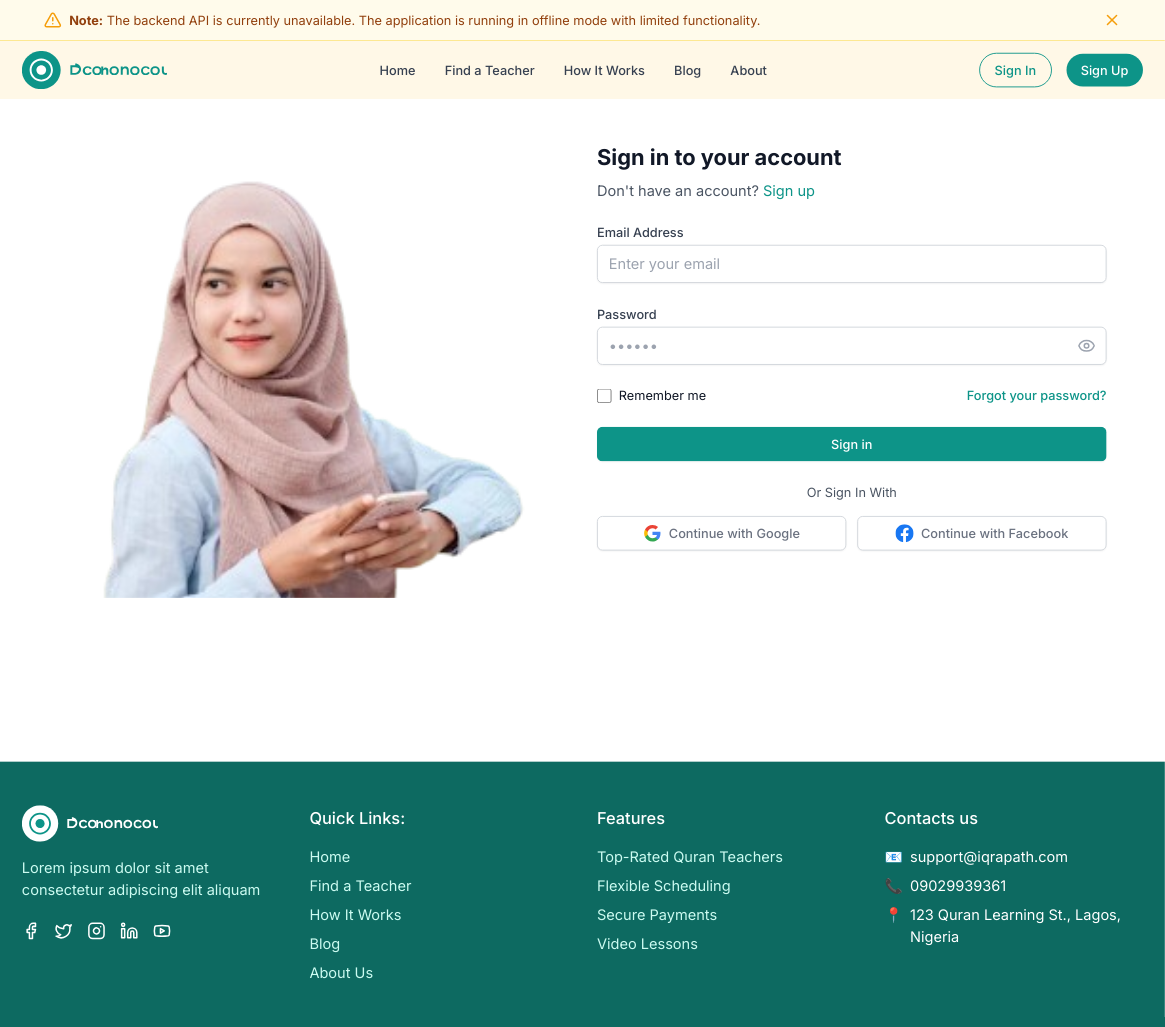
Repository: tafolabi009/originalq
Page: /auth/login
The author's editor kept a copy of each file at every save. The page is drawn from the files as they stood at one save, then again after a run of saves.
The browser window is 1280 px wide. The pictures show the whole page, at 91% of full size.
The page's requests for data from a server got no answer. The project was rebuilt for these pictures with package versions that can differ from the ones it lists, and the page was loaded fresh each time. The framework's server and built-in components were replaced by stand-ins that run in the browser. No one was signed in, and anything a server would have sent is missing. Also part of the build but not shown: next.config.mjs.

Above is the page before, as saved 2025-03-28 20:44:40.

### app/layout.tsx
import type React from "react"
import type { Metadata } from "next"
import { Inter } from "next/font/google"
import "./globals.css"
import { AuthProvider } from "@/contexts/AuthContext"
import { NetworkStatusBanner } from "@/components/ui/network-status-banner"

const inter = Inter({ subsets: ["latin"] })

export const metadata: Metadata = {
  title: "IqraPath - Connect with Expert Quran Teachers",
  description: "Find expert Quran tutors for kids and adults. Learn at your own pace, anytime, anywhere.",
    generator: 'v0.dev'
}

export default function RootLayout({
  children,
}: Readonly<{
  children: React.ReactNode
}>) {
  return (
    <html lang="en">
      <body className={inter.className}>
        <AuthProvider>
          <NetworkStatusBanner />
          {children}
        </AuthProvider>
      </body>
    </html>
  )
}



import './globals.css'

### app/auth/login/page.tsx
"use client"

import type React from "react"

import { useState } from "react"
import { useRouter } from "next/navigation"
import Link from "next/link"
import Image from "next/image"
import { useAuth } from "@/contexts/AuthContext"
import { Header } from "@/components/layout/header"
import { Footer } from "@/components/layout/footer"
import { Eye, EyeOff, Loader2 } from "lucide-react"

export default function LoginPage() {
  const router = useRouter()
  const { login } = useAuth()
  const [isLoading, setIsLoading] = useState(false)
  const [error, setError] = useState("")
  const [showPassword, setShowPassword] = useState(false)
  const [successMessage, setSuccessMessage] = useState("")
  const [formData, setFormData] = useState({
    email: "",
    password: "",
    rememberMe: false,
  })

  const handleChange = (e: React.ChangeEvent<HTMLInputElement>) => {
    const { name, value, type, checked } = e.target
    setFormData((prev) => ({
      ...prev,
      [name]: type === "checkbox" ? checked : value,
    }))
  }

  const handleSubmit = async (e: React.FormEvent) => {
    e.preventDefault()
    setError("")

    if (!formData.email || !formData.password) {
      setError("Email and password are required")
      return
    }

    setIsLoading(true)

    try {
      const { success, message } = await login(formData.email, formData.password)

      if (success) {
        setSuccessMessage(message)
        setTimeout(() => {
          router.push("/dashboard")
        }, 1500)
      } else {
        setError(message)
      }
    } catch (err) {
      console.error("Login error:", err)
      setError("An unexpected error occurred. The API may be unavailable. Please try again later.")
    } finally {
      setIsLoading(false)
    }
  }

  return (
    <div className="min-h-screen flex flex-col">
      <Header />
      <main className="flex-1 py-12 px-4 sm:px-6 lg:px-8 bg-white">
        <div className="max-w-6xl mx-auto">
          <div className="grid grid-cols-1 md:grid-cols-2 gap-8">
            {/* Left side - Image and text */}
            <div className="bg-[transparent] rounded-lg overflow-hidden">
              <div className="relative h-full">
                <div className="h-full flex flex-col">
                  <div className="relative flex-1 min-h-[500px]">
                    <Image
                      src="/images/female-teacher.png"
                      alt="Female Teacher"
                      fill
                      className="object-cover"
                    />
                  </div>
                  <div className="p-6 bg-[transparant] text-white">
                    <h3 className="text-xl font-bold mb-2">Secure Payments & Ratings</h3>
                    <p>Your payment is safe and only released after lessons are completed.</p>
                  </div>
                </div>
              </div>
            </div>

            {/* Right side - Login form */}
            <div>
              <h2 className="text-2xl font-bold text-gray-900 mb-2">Sign in to your account</h2>
              <p className="text-gray-600 mb-6">
                Don't have an account?{" "}
                <Link href="/auth/register" className="text-[#0D9488]">
                  Sign up
                </Link>
              </p>

              {error && (
                <div className="bg-red-50 border-l-4 border-red-500 p-4 mb-6">
                  <div className="flex">
                    <div className="ml-3">
                      <p className="text-sm text-red-700">{error}</p>
                    </div>
                  </div>
                </div>
              )}

              {successMessage && (
                <div className="bg-green-50 border-l-4 border-green-500 p-4 mb-6">
                  <div className="flex">
                    <div className="ml-3">
                      <p className="text-sm text-green-700">{successMessage}</p>
                    </div>
                  </div>
                </div>
              )}

              <form onSubmit={handleSubmit} className="space-y-6">
                <div>
                  <label htmlFor="email" className="block text-sm font-medium text-gray-700 mb-1">
                    Email Address
                  </label>
                  <input
                    id="email"
                    name="email"
                    type="email"
                    autoComplete="email"
                    required
                    className="block w-full px-3 py-2 border border-gray-300 rounded-md shadow-sm focus:outline-none focus:ring-teal-500 focus:border-teal-500"
                    placeholder="Enter your email"
                    value={formData.email}
                    onChange={handleChange}
                    disabled={isLoading}
                  />
                </div>

                <div>
                  <label htmlFor="password" className="block text-sm font-medium text-gray-700 mb-1">
                    Password
                  </label>
                  <div className="relative">
                    <input
                      id="password"
                      name="password"
                      type={showPassword ? "text" : "password"}
                      autoComplete="current-password"
                      required
                      className="block w-full px-3 py-2 border border-gray-300 rounded-md shadow-sm focus:outline-none focus:ring-teal-500 focus:border-teal-500"
                      placeholder="••••••"
                      value={formData.password}
                      onChange={handleChange}
                      disabled={isLoading}
                    />
                    <button
                      type="button"
                      className="absolute inset-y-0 right-0 pr-3 flex items-center"
                      onClick={() => setShowPassword(!showPassword)}
                    >
                      {showPassword ? (
                        <EyeOff className="h-5 w-5 text-gray-400" />
                      ) : (
                        <Eye className="h-5 w-5 text-gray-400" />
                      )}
                    </button>
                  </div>
                </div>

                <div className="flex items-center justify-between">
                  <div className="flex items-center">
                    <input
                      id="rememberMe"
                      name="rememberMe"
                      type="checkbox"
                      className="h-4 w-4 text-teal-600 focus:ring-teal-500 border-gray-300 rounded"
                      checked={formData.rememberMe}
                      onChange={handleChange}
                    />
                    <label htmlFor="rememberMe" className="ml-2 block text-sm text-gray-900">
                      Remember me
                    </label>
                  </div>

                  <div className="text-sm">
                    <Link href="/auth/forgot-password" className="font-medium text-[#0D9488]">
                      Forgot your password?
                    </Link>
                  </div>
                </div>

                <button
                  type="submit"
                  disabled={isLoading}
                  className="w-full flex justify-center py-2 px-4 border border-transparent rounded-md shadow-sm text-sm font-medium text-white bg-[#0D9488] hover:bg-teal-700 focus:outline-none focus:ring-2 focus:ring-offset-2 focus:ring-teal-500 disabled:opacity-50"
                >
                  {isLoading ? (
                    <>
                      <Loader2 className="animate-spin -ml-1 mr-2 h-4 w-4" />
                      Signing in...
                    </>
                  ) : (
                    "Sign in"
                  )}
                </button>
              </form>

              <div className="mt-6 text-center">
                <p className="text-sm text-gray-600">Or Sign In With</p>
                <div className="mt-4 grid grid-cols-2 gap-3">
                  <button
                    type="button"
                    className="w-full inline-flex justify-center py-2 px-4 border border-gray-300 rounded-md shadow-sm bg-white text-sm font-medium text-gray-500 hover:bg-gray-50"
                  >
                    <svg className="w-5 h-5 mr-2" viewBox="0 0 24 24" fill="none">
                      <path
                        d="M22.56 12.25c0-.78-.07-1.53-.2-2.25H12v4.26h5.92c-.26 1.37-1.04 2.53-2.21 3.31v2.77h3.57c2.08-1.92 3.28-4.74 3.28-8.09z"
                        fill="#4285F4"
                      />
                      <path
                        d="M12 23c2.97 0 5.46-.98 7.28-2.66l-3.57-2.77c-.98.66-2.23 1.06-3.71 1.06-2.86 0-5.29-1.93-6.16-4.53H2.18v2.84C3.99 20.53 7.7 23 12 23z"
                        fill="#34A853"
                      />
                      <path
                        d="M5.84 14.09c-.22-.66-.35-1.36-.35-2.09s.13-1.43.35-2.09V7.07H2.18C1.43 8.55 1 10.22 1 12s.43 3.45 1.18 4.93l2.85-2.22.81-.62z"
                        fill="#FBBC05"
                      />
                      <path
                        d="M12 5.38c1.62 0 3.06.56 4.21 1.64l3.15-3.15C17.45 2.09 14.97 1 12 1 7.7 1 3.99 3.47 2.18 7.07l3.66 2.84c.87-2.6 3.3-4.53 6.16-4.53z"
                        fill="#EA4335"
                      />
                    </svg>
                    Continue with Google
                  </button>
                  <button
                    type="button"
                    className="w-full inline-flex justify-center py-2 px-4 border border-gray-300 rounded-md shadow-sm bg-white text-sm font-medium text-gray-500 hover:bg-gray-50"
                  >
                    <svg className="w-5 h-5 mr-2" fill="#1877F2" viewBox="0 0 24 24">
                      <path d="M24 12.073c0-6.627-5.373-12-12-12s-12 5.373-12 12c0 5.99 4.388 10.954 10.125 11.854v-8.385H7.078v-3.47h3.047V9.43c0-3.007 1.792-4.669 4.533-4.669 1.312 0 2.686.235 2.686.235v2.953H15.83c-1.491 0-1.956.925-1.956 1.874v2.25h3.328l-.532 3.47h-2.796v8.385C19.612 23.027 24 18.062 24 12.073z" />
                    </svg>
                    Continue with Facebook
                  </button>
                </div>
              </div>
            </div>
          </div>
        </div>
      </main>
      <Footer />
    </div>
  )
}

### components/ui/network-status-banner.tsx
"use client"

import { useState, useEffect } from "react"
import { AlertTriangle, X } from "lucide-react"

export function NetworkStatusBanner() {
  const [isApiAvailable, setIsApiAvailable] = useState(true)
  const [isVisible, setIsVisible] = useState(false)
  const apiUrl = process.env.NEXT_PUBLIC_API_URL || "http://localhost/api"

  useEffect(() => {
    const checkApiStatus = async () => {
      try {
        const response = await fetch(`${apiUrl}/ping.php`, {
          method: "GET",
          headers: {
            "Content-Type": "application/json",
          },
          signal: AbortSignal.timeout(3000),
        })

        const data = await response.json()
        setIsApiAvailable(response.ok && data.status === "success")
        setIsVisible(!response.ok || data.status !== "success")
      } catch (error) {
        console.warn("API check failed:", error)
        setIsApiAvailable(false)
        setIsVisible(true)
      }
    }

    checkApiStatus()

    // Check API status periodically
    const intervalId = setInterval(checkApiStatus, 60000) // Check every minute

    return () => clearInterval(intervalId)
  }, [apiUrl])

  if (!isVisible) return null

  return (
    <div className="bg-amber-50 border-b border-amber-200 px-4 py-3">
      <div className="container mx-auto flex items-center justify-between">
        <div className="flex items-center">
          <AlertTriangle className="h-5 w-5 text-amber-500 mr-2" />
          <p className="text-sm text-amber-800">
            <strong>Note:</strong> The backend API is currently unavailable. The application is running in offline mode
            with limited functionality.
          </p>
        </div>
        <button
          onClick={() => setIsVisible(false)}
          className="text-amber-500 hover:text-amber-700"
          aria-label="Dismiss"
        >
          <X className="h-5 w-5" />
        </button>
      </div>
    </div>
  )
}

### components/layout/footer.tsx
import Link from "next/link"
import Image from "next/image"
import { Facebook, Instagram, Linkedin, Twitter, Youtube } from "lucide-react"

export function Footer() {
  return (
    <footer className="bg-[#0D6A61] text-white py-12 px-6 mt-auto">
      <div className="max-w-7xl mx-auto grid grid-cols-1 md:grid-cols-4 gap-8">
        <div>
          <Image src="/logo-white.svg" alt="IqraPath Logo" width={150} height={40} className="h-10 w-auto mb-4" />
          <p className="text-teal-100 mb-6">Lorem ipsum dolor sit amet consectetur adipiscing elit aliquam</p>
          <div className="flex gap-4">
            <a href="#" className="text-white hover:text-teal-200 transition-colors" aria-label="Facebook">
              <Facebook size={20} />
            </a>
            <a href="#" className="text-white hover:text-teal-200 transition-colors" aria-label="Twitter">
              <Twitter size={20} />
            </a>
            <a href="#" className="text-white hover:text-teal-200 transition-colors" aria-label="Instagram">
              <Instagram size={20} />
            </a>
            <a href="#" className="text-white hover:text-teal-200 transition-colors" aria-label="LinkedIn">
              <Linkedin size={20} />
            </a>
            <a href="#" className="text-white hover:text-teal-200 transition-colors" aria-label="YouTube">
              <Youtube size={20} />
            </a>
          </div>
        </div>

        <div>
          <h3 className="text-lg font-medium mb-4">Quick Links:</h3>
          <ul className="space-y-2">
            <li>
              <Link href="/" className="text-teal-100 hover:text-white transition-colors">
                Home
              </Link>
            </li>
            <li>
              <Link href="/find-teacher" className="text-teal-100 hover:text-white transition-colors">
                Find a Teacher
              </Link>
            </li>
            <li>
              <Link href="/how-it-works" className="text-teal-100 hover:text-white transition-colors">
                How It Works
              </Link>
            </li>
            <li>
              <Link href="/blog" className="text-teal-100 hover:text-white transition-colors">
                Blog
              </Link>
            </li>
            <li>
              <Link href="/about" className="text-teal-100 hover:text-white transition-colors">
                About Us
              </Link>
            </li>
          </ul>
        </div>

        <div>
          <h3 className="text-lg font-medium mb-4">Features</h3>
          <ul className="space-y-2">
            <li>
              <Link href="#" className="text-teal-100 hover:text-white transition-colors">
                Top-Rated Quran Teachers
              </Link>
            </li>
            <li>
              <Link href="#" className="text-teal-100 hover:text-white transition-colors">
                Flexible Scheduling
              </Link>
            </li>
            <li>
              <Link href="#" className="text-teal-100 hover:text-white transition-colors">
                Secure Payments
              </Link>
            </li>
            <li>
              <Link href="#" className="text-teal-100 hover:text-white transition-colors">
                Video Lessons
              </Link>
            </li>
          </ul>
        </div>

        <div>
          <h3 className="text-lg font-medium mb-4">Contacts us</h3>
          <ul className="space-y-2">
            <li className="flex items-start gap-2">
              <span aria-hidden="true">📧</span>
              <span>support@iqrapath.com</span>
            </li>
            <li className="flex items-start gap-2">
              <span aria-hidden="true">📞</span>
              <span>09029939361</span>
            </li>
            <li className="flex items-start gap-2">
              <span aria-hidden="true">📍</span>
              <span>123 Quran Learning St., Lagos, Nigeria</span>
            </li>
          </ul>
        </div>
      </div>
    </footer>
  )
}

### tailwind.config.ts
import type { Config } from "tailwindcss"

const config: Config = {
  content: [
    "./pages/**/*.{js,ts,jsx,tsx,mdx}",
    "./components/**/*.{js,ts,jsx,tsx,mdx}",
    "./app/**/*.{js,ts,jsx,tsx,mdx}",
    "*.{js,ts,jsx,tsx,mdx}",
  ],
  theme: {
    container: {
      center: true,
      padding: "2rem",
      screens: {
        "2xl": "1400px",
      },
    },
    extend: {
      colors: {
        border: "hsl(var(--border))",
        input: "hsl(var(--input))",
        ring: "hsl(var(--ring))",
        background: "hsl(var(--background))",
        foreground: "hsl(var(--foreground))",
        primary: {
          DEFAULT: "hsl(var(--primary))",
          foreground: "hsl(var(--primary-foreground))",
        },
        secondary: {
          DEFAULT: "hsl(var(--secondary))",
          foreground: "hsl(var(--secondary-foreground))",
        },
        destructive: {
          DEFAULT: "hsl(var(--destructive))",
          foreground: "hsl(var(--destructive-foreground))",
        },
        muted: {
          DEFAULT: "hsl(var(--muted))",
          foreground: "hsl(var(--muted-foreground))",
        },
        accent: {
          DEFAULT: "hsl(var(--accent))",
          foreground: "hsl(var(--accent-foreground))",
        },
        popover: {
          DEFAULT: "hsl(var(--popover))",
          foreground: "hsl(var(--popover-foreground))",
        },
        card: {
          DEFAULT: "hsl(var(--card))",
          foreground: "hsl(var(--card-foreground))",
        },
      },
      borderRadius: {
        lg: "var(--radius)",
        md: "calc(var(--radius) - 2px)",
        sm: "calc(var(--radius) - 4px)",
      },
      keyframes: {
        "accordion-down": {
          from: { height: "0" },
          to: { height: "var(--radix-accordion-content-height)" },
        },
        "accordion-up": {
          from: { height: "var(--radix-accordion-content-height)" },
          to: { height: "0" },
        },
      },
      animation: {
        "accordion-down": "accordion-down 0.2s ease-out",
        "accordion-up": "accordion-up 0.2s ease-out",
      },
    },
  },
  plugins: [require("tailwindcss-animate")],
}

export default config

Loaded but not shown: lib/utils.ts (common file); contexts/AuthContext.tsx (326 lines, source omitted); components/layout/header.tsx (188 lines, source omitted); app/globals.css (263 lines, source omitted)

After the next 7 saves:
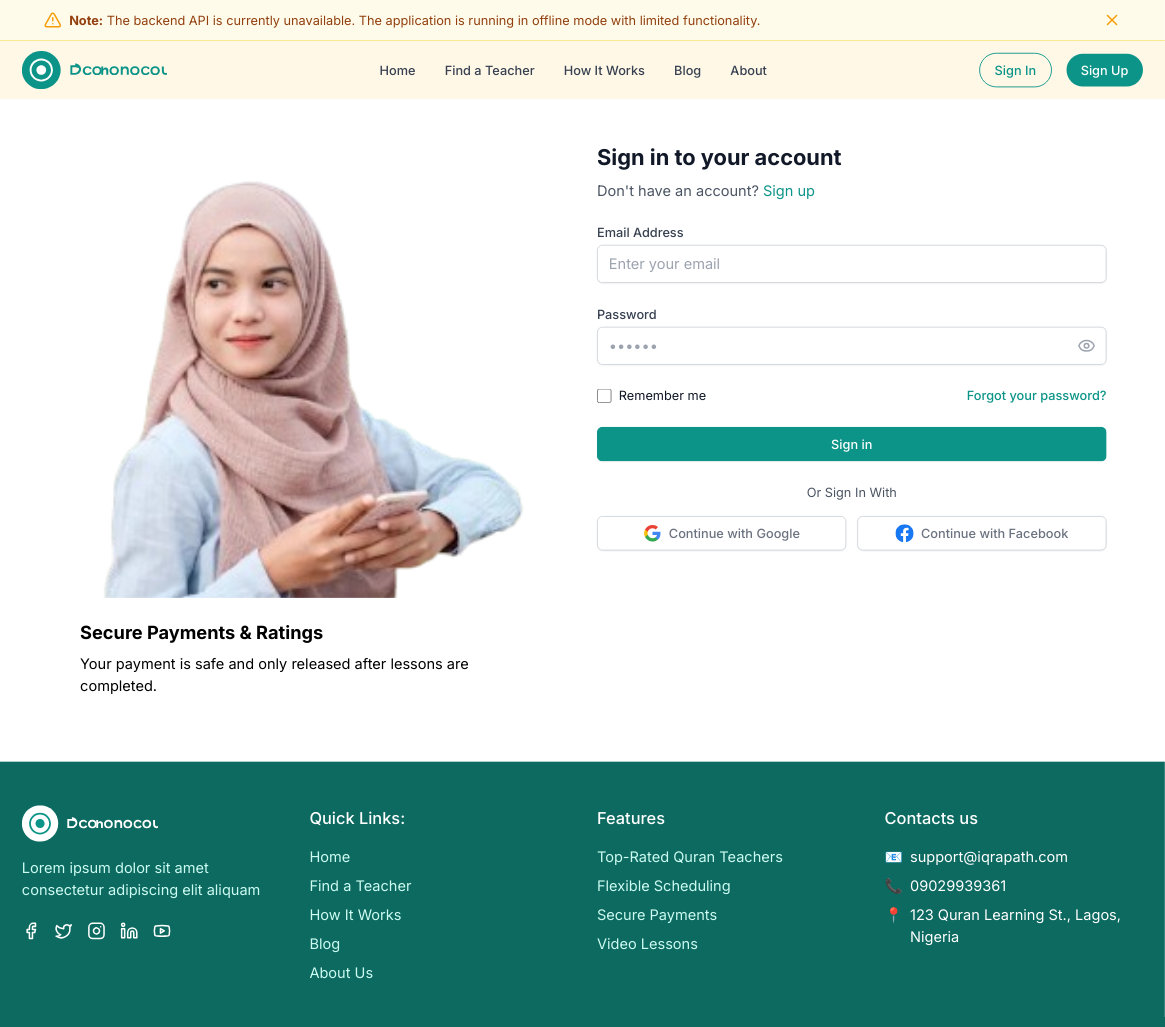
The 7 saves are shown as one change because they came seconds apart.
The last was saved 23 s later.
--- a/app/auth/login/page.tsx
+++ b/app/auth/login/page.tsx
@@ -80,7 +80,7 @@ export default function LoginPage() {
                       className="object-cover"
                     />
                   </div>
-                  <div className="p-6 bg-[transparant] text-white">
+                  <div className="p-6 bg-[transparant] text-black">
                     <h3 className="text-xl font-bold mb-2">Secure Payments & Ratings</h3>
                     <p>Your payment is safe and only released after lessons are completed.</p>
                   </div>
